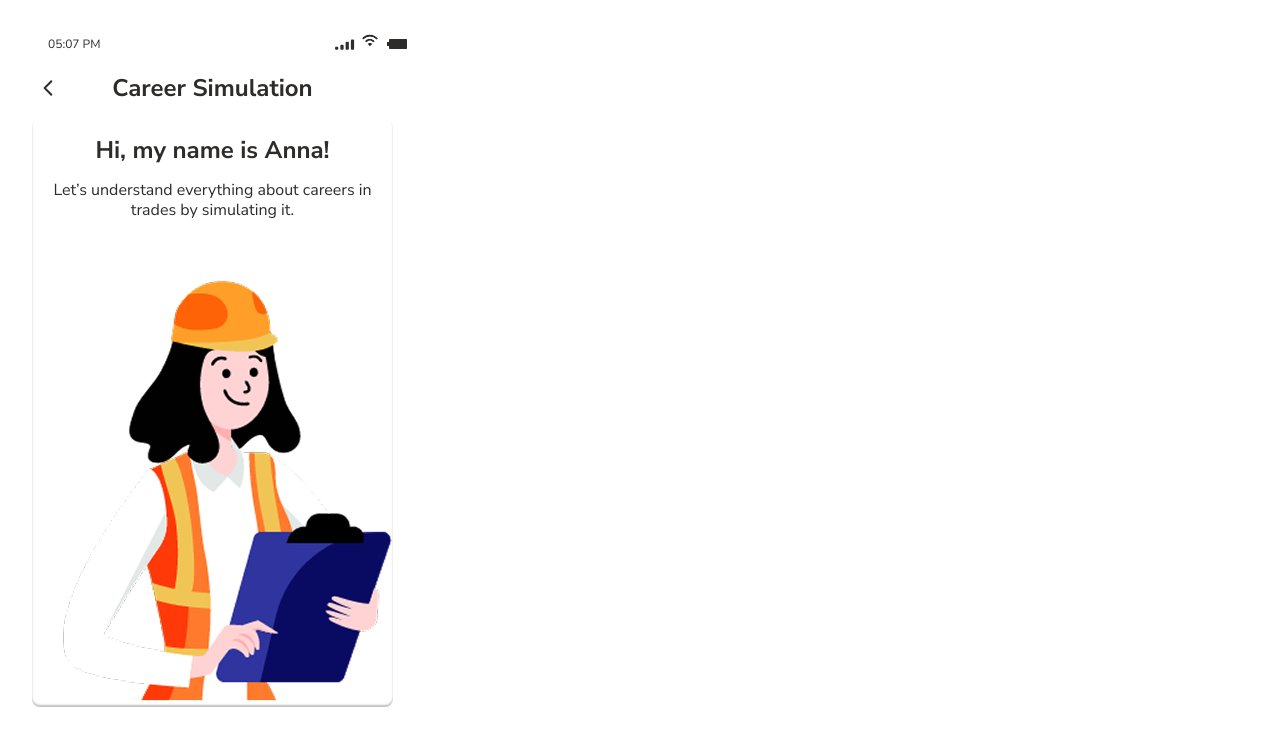
Repository: daniel-liu01/week10books
Page: /
The author's editor kept a copy of each file at every save. The page is drawn from the files as they stood at one save, then again after the next save.
The browser window is 1280 px wide. The pictures show the whole page.
The project was rebuilt for these pictures with package versions that can differ from the ones it lists, and the page was loaded fresh each time. Also part of the build but not shown: vite.config.js, vite.config.ts, src/App.css.

Above is the page before, as saved 2025-10-17 18:15:21.

### index.html
<!DOCTYPE html>
<html lang="en">
    <head>
        <meta charset="UTF-8" />
        <link
            rel="icon"
            type="image/svg+xml"
            href="/vite.svg" />
        <meta
            name="viewport"
            content="width=device-width, initial-scale=1.0" />
        <title>frontend</title>
        <link
            rel="preconnect"
            href="https://fonts.googleapis.com" />
        <link
            rel="preconnect"
            href="https://fonts.gstatic.com"
            crossorigin />
        <link
            href="https://fonts.googleapis.com/css2?family=Nunito+Sans:ital,opsz,wght@0,6..12,200..1000;1,6..12,200..1000&display=swap"
            rel="stylesheet" />
    </head>
    <body>
        <div id="root"></div>
        <script
            type="module"
            src="/src/main.jsx"></script>
    </body>
</html>

### src/index.css
/* ------------------------------------------------------ GENERAL STYLES ------------------------------------------------------ */
*,
*::before,
*::after {
    box-sizing: inherit;
}

html,
body {
    font-family: var(--font-family);
    box-sizing: border-box;
}

body {
    width: 393px;
    min-height: 100vh;
    margin: 16px;
    display: flex;
    flex-direction: column;
    gap: var(--space-large);
}

html {
    display: flex;
    align-items: flex-start;
}

/* ------------------------------------------------------ VARIABLES ------------------------------------------------------ */
:root {
    /* ----- COLORS ----- */
    --primary-50: #fff1e6;
    --primary-100: #ffd4b0;
    --primary-200: #ffbf8a;
    --primary-300: #ffa155;
    --primary-400: #ff8f34;
    --primary-500: #ff7301;
    --primary-600: #e86901;
    --primary-700: #b55201;
    --primary-800: #8c3f01;
    --primary-900: #6b3000;

    --secondary-50: #eefae6;
    --secondary-100: #cbefb1;
    --secondary-200: #b2e88b;
    --secondary-300: #8fdd55;
    --secondary-400: #79d635;
    --secondary-500: #58cc02;
    --secondary-600: #50ba02;
    --secondary-700: #3e9101;
    --secondary-800: #307001;
    --secondary-900: #255601;

    /* -- neutral colors -- */

    --offwhite-500: #f9f9f9;
    --white: #ffffff;
    --black-50: #eaeaea;
    --black-100: #bebebd;
    --black-200: #9e9e9d;
    --black-300: #727271;
    --black-400: #575655;
    --black-500: #2d2c2b;

    /* ----- TYPE ----- */
    --font-family: "Nunito Sans", sans-serif;

    --font-size-extra-large: 88px;
    --font-size-large: 30px;
    --font-size-extra-medium: 24px;
    --font-size-medium: 20px;
    --font-size-regular: 16px;
    --font-size-small: 12px;
    --font-size-extra-small: 10px;

    --font-style-normal: normal;
    --font-weight-bold: bold;

    --line-height-xxlarge: 100px;
    --line-height-large: 36px;
    --line-height-medium: 28px;
    --line-height-small: 20px;

    /* ----- SPACING ----- */
    --space-extra-small: 4px;
    --space-small: 8px;
    --space-regular: 16px;
    --space-medium: 32px;
    --space-large: 48px;
    --space-extra-large: 140px;

    /* ----- Inner shadow ----- */
    --inner-shadow: 0 -2px 2px 0 rgba(0, 0, 0, 0.25);
}

### src/App.jsx
import { useState } from "react";
import { BrowserRouter as Router, Routes, Route } from "react-router-dom";
import "./App.css";

import Simulation from "../app/Simulation/Simulation";

function App() {
    return (
        <div>
            <Simulation />
        </div>
    );
}

export default App;

### app/Simulation/Simulation.jsx
import styles from "./Simulation.module.css";
import StatusBar from "../../components/StatusBar/StatusBar";
import HeadingBar from "../../components/HeadingBar/HeadingBar";
import Card from "../../components/Card/Card";

function Simulation() {
    return (
        <div className={styles.container}>
            <StatusBar />
            <HeadingBar />
            <Card
                image='Anna.png'
                title='Hi, my name is Anna!'
                description={`Let’s understand everything
about careers in trades by simulating it.`}
            />
        </div>
    );
}

export default Simulation;

### app/Simulation/Simulation.module.css
.container {
    display: flex;
    flex-direction: column;
    gap: var(--space-regular); /* 16px */
    padding: var(--space-regular); /* opcional: adiciona respiro interno */
}

### components/StatusBar/StatusBar.jsx
import styles from "./StatusBar.module.css";
import Hour from "../Hour/Hour";

const StatusBar = () => {
    return (
        <div className={styles.container}>
            <Hour />
            <div className={styles.right}>
                <svg
                    className={styles.icon}
                    width='20'
                    height='11'
                    viewBox='0 0 20 11'
                    fill='none'
                    xmlns='http://www.w3.org/2000/svg'>
                    <rect
                        x='15.8765'
                        y='0.600098'
                        width='3.23284'
                        height='10.2222'
                        rx='1.02778'
                    />
                    <rect
                        x='10.6338'
                        y='2.64453'
                        width='3.23284'
                        height='8.17778'
                        rx='1.02778'
                    />
                    <rect
                        x='5.3916'
                        y='5.71094'
                        width='3.23284'
                        height='5.11111'
                        rx='1.02778'
                    />
                    <rect
                        x='0.0327148'
                        y='7.75537'
                        width='3.23284'
                        height='3.06667'
                        rx='1.02778'
                    />
                </svg>

                <svg
                    className={styles.icon}
                    width='22'
                    height='20'
                    viewBox='0 0 22 20'
                    fill='none'
                    xmlns='http://www.w3.org/2000/svg'>
                    <mask
                        id='path-1-inside-1_2157_1042'
                        fill='white'>
                        <path d='M15.9006 7.3897C15.3805 6.57002 14.6486 5.88977 13.7741 5.41333C12.8995 4.93689 11.9113 4.68001 10.9029 4.66702C9.89445 4.65403 8.89922 4.88535 8.01135 5.33908C7.12349 5.79281 6.37237 6.45396 5.82907 7.25994L7.69376 8.391C8.03417 7.88601 8.50479 7.47176 9.06109 7.18747C9.6174 6.90317 10.241 6.75824 10.8728 6.76638C11.5046 6.77452 12.1238 6.93547 12.6718 7.23399C13.2197 7.53251 13.6783 7.95873 14.0042 8.47231L15.9006 7.3897Z' />
                    </mask>
                    <path
                        d='M15.9006 7.3897C15.3805 6.57002 14.6486 5.88977 13.7741 5.41333C12.8995 4.93689 11.9113 4.68001 10.9029 4.66702C9.89445 4.65403 8.89922 4.88535 8.01135 5.33908C7.12349 5.79281 6.37237 6.45396 5.82907 7.25994L7.69376 8.391C8.03417 7.88601 8.50479 7.47176 9.06109 7.18747C9.6174 6.90317 10.241 6.75824 10.8728 6.76638C11.5046 6.77452 12.1238 6.93547 12.6718 7.23399C13.2197 7.53251 13.6783 7.95873 14.0042 8.47231L15.9006 7.3897Z'
                        strokeWidth='4.11111'
                        mask='url(#path-1-inside-1_2157_1042)'
                    />
                    <mask
                        id='path-2-inside-2_2157_1042'
                        fill='white'>
                        <path d='M19.0832 4.55309C18.1524 3.34672 16.9405 2.3605 15.542 1.67127C14.1435 0.982029 12.5961 0.608389 11.0204 0.579456C9.4447 0.550522 7.88323 0.867077 6.45765 1.50446C5.03207 2.14184 3.78086 3.08283 2.80152 4.25413L4.5268 5.55219C5.29548 4.63284 6.27755 3.89425 7.39649 3.39397C8.51543 2.8937 9.74102 2.64523 10.9778 2.66794C12.2145 2.69065 13.4291 2.98392 14.5268 3.5249C15.6245 4.06588 16.5757 4.83997 17.3063 5.78684L19.0832 4.55309Z' />
                    </mask>
                    <path
                        d='M19.0832 4.55309C18.1524 3.34672 16.9405 2.3605 15.542 1.67127C14.1435 0.982029 12.5961 0.608389 11.0204 0.579456C9.4447 0.550522 7.88323 0.867077 6.45765 1.50446C5.03207 2.14184 3.78086 3.08283 2.80152 4.25413L4.5268 5.55219C5.29548 4.63284 6.27755 3.89425 7.39649 3.39397C8.51543 2.8937 9.74102 2.64523 10.9778 2.66794C12.2145 2.69065 13.4291 2.98392 14.5268 3.5249C15.6245 4.06588 16.5757 4.83997 17.3063 5.78684L19.0832 4.55309Z'
                        strokeWidth='4.11111'
                        mask='url(#path-2-inside-2_2157_1042)'
                    />
                    <path d='M13.5162 9.77759L10.8222 12.3331L8.66699 9.77759L9.23963 9.50599C10.2507 9.02643 11.4136 8.97977 12.4599 9.37676L13.5162 9.77759Z' />
                </svg>

                <svg
                    className={styles.icon}
                    width='24'
                    height='24'
                    viewBox='0 0 24 24'
                    fill='none'
                    xmlns='http://www.w3.org/2000/svg'>
                    <path d='M5 17C4.71667 17 4.47917 16.9042 4.2875 16.7125C4.09583 16.5208 4 16.2833 4 16V14H2V10H4V8C4 7.71667 4.09583 7.47917 4.2875 7.2875C4.47917 7.09583 4.71667 7 5 7H21C21.2833 7 21.5208 7.09583 21.7125 7.2875C21.9042 7.47917 22 7.71667 22 8V16C22 16.2833 21.9042 16.5208 21.7125 16.7125C21.5208 16.9042 21.2833 17 21 17H5Z' />
                </svg>
            </div>
        </div>
    );
};

export default StatusBar;

### components/HeadingBar/HeadingBar.jsx
import styles from "./HeadingBar.module.css";
import ArrowBack from "../ArrowBack/ArrowBack";

function HeadingBar() {
    return (
        <div className={styles.heading_container}>
            <ArrowBack />
            <h1 className={styles.heading_pageTitle}>Career Simulation</h1>
            <div className={styles.heading_placeholder}></div>
        </div>
    );
}

export default HeadingBar;

### components/Card/Card.jsx
import styles from "./Card.module.css";

function Card({ image, title, description }) {
    return (
        <div className={styles.container}>
            <div className={styles.content}>
                <h3 className={styles.title}>{title}</h3>
                <p className={styles.description}>{description}</p>
            </div>
            {image && (
                <div className={styles.image_wrapper}>
                    <img
                        src={image}
                        alt={title}
                        className={styles.image}
                    />
                </div>
            )}
        </div>
    );
}

export default Card;

### components/StatusBar/StatusBar.module.css
.container {
    display: flex;
    flex-direction: row;
    align-items: center;
    justify-content: space-between;
    width: 393px;
    padding: 0 var(--space-regular);
    margin: 0;
}

.right {
    display: flex;
    align-items: center;
    gap: var(--space-extra-small);
}

.icon {
    fill: var(--black-500);
}

### components/Hour/Hour.jsx
"use client";
import { useEffect, useState } from "react";
import styles from "./Hour.module.css";

const Hour = () => {
    const [currentTime, setCurrentTime] = useState(new Date());

    useEffect(() => {
        const timer = setInterval(() => {
            setCurrentTime(new Date());
        }, 1000);

        return () => clearInterval(timer);
    }, []);

    const formattedTime = currentTime.toLocaleTimeString("en-US", {
        hour: "2-digit",
        minute: "2-digit",
        hour12: true,
    });

    return <div className={styles.hour}>{formattedTime}</div>;
};

export default Hour;

### components/HeadingBar/HeadingBar.module.css
.heading_container {
    width: 100%;
    display: flex;
    align-items: center;
    justify-content: space-between;
    gap: var(--space-small);
    margin: 0;
    padding: 0;
}

.heading_pageTitle {
    font-weight: var(--font-weight-bold);
    font-size: var(--font-size-extra-medium);
    margin: 0;
    line-height: 1;
    color: var(--black-500);
}

.heading_placeholder {
    width: var(--space-medium);
    height: var(--space-medium);
    visibility: hidden;
}

### components/ArrowBack/ArrowBack.jsx
import styles from "./ArrowBack.module.css";

function ArrowBack() {
    return (
        <div className={styles.arrow_container}>
            <svg
                className={styles.arrow_icon}
                xmlns='http://www.w3.org/2000/svg'
                width='16'
                height='16'
                viewBox='0 0 12 20'
                fill='none'>
                <path
                    d='M10.7071 19.2929C10.3166 19.6834 9.68342 19.6834 9.29289 19.2929L0.707106 10.7071C0.316582 10.3166 0.316583 9.68342 0.707107 9.29289L9.29289 0.707106C9.68342 0.316582 10.3166 0.316582 10.7071 0.707107L11.0679 1.06789C11.4584 1.45842 11.4584 2.09158 11.0679 2.48211L3.55 10L11.0679 17.5179C11.4584 17.9084 11.4584 18.5416 11.0679 18.9321L10.7071 19.2929Z'
                    fill='currentColor'
                />
            </svg>
        </div>
    );
}

export default ArrowBack;

### components/Card/Card.module.css
.container {
    display: flex;
    flex-direction: column;
    justify-content: space-between;
    align-items: center;
    border-radius: var(--space-small);
    background: var(--white);
    box-shadow: var(--inner-shadow) inset;
}

.content {
    display: flex;
    flex-direction: column;
    justify-content: space-between;
    align-items: center;
    font-family: var(--font-family);
    color: var(--black-500);
    text-align: center;
    padding: var(--space-regular);
}

.title {
    font-size: var(--font-size-extra-medium);
    font-weight: var(--font-weight-bold);
    line-height: var(--line-height-medium);
    margin: 0;
}

.description {
    font-size: var(--font-size-regular);
    line-height: var(--line-height-small);
}

.image_wrapper {
}

.image {
}

### components/Hour/Hour.module.css
.hour {
    color: var(--black-500);
    font-family: var(--font-family);
    font-size: var(--font-size-small);
}

### components/ArrowBack/ArrowBack.module.css
.arrow_container {
    display: inline-flex;
    align-items: center;
    justify-content: center;
    background: none;
    border: none;
    cursor: pointer;
    padding: 0;
    width: var(--space-medium);
    height: var(--space-medium);
}

.arrow_icon {
    color: var(--black-500);
    width: var(--space-regular);
    height: var(--space-regular);
}

.arrow_container:hover .arrow_icon {
    color: var(--primary-500);
}

Loaded but not shown: src/main.jsx (common file)

After the next save:
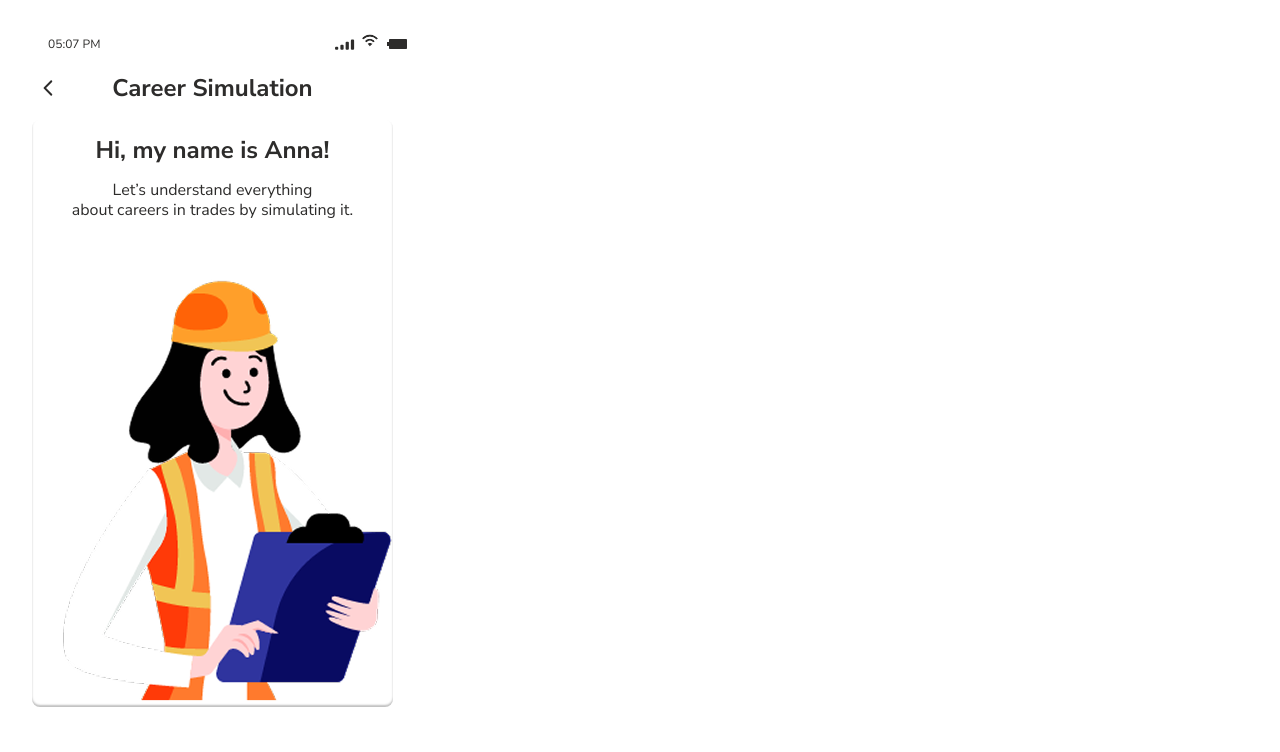
Saved 24 s later.
--- a/app/Simulation/Simulation.jsx
+++ b/app/Simulation/Simulation.jsx
@@ -11,8 +11,12 @@ function Simulation() {
             <Card
                 image='Anna.png'
                 title='Hi, my name is Anna!'
-                description={`Let’s understand everything
-about careers in trades by simulating it.`}
+                description={
+                    <>
+                        Let’s understand everything <br />
+                        about careers in trades by simulating it.
+                    </>
+                }
             />
         </div>
     );
